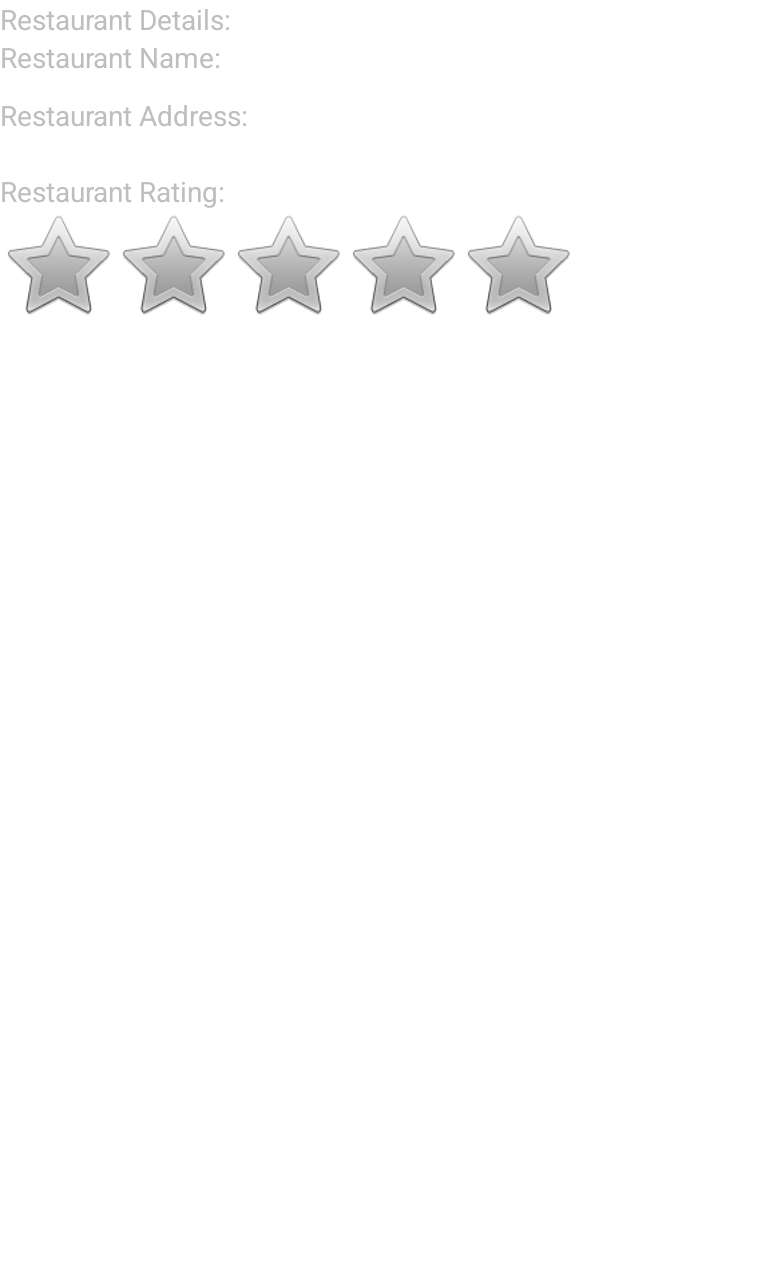
Repository: Mihir-Webonise/AllAndroidAssignments
Layout: ZomatoAssignment/res/layout/restaurantdetails.xml
These files come from the project's save history. The layout is drawn as it stood at one moment and after the next save; the edit follows.
It is drawn on a 768 x 1280 px phone screen (xhdpi) without system bars, with theme android:Theme; the app's code is not run.

Above is the layout before, as saved 2012-06-26 05:20:53.

### ZomatoAssignment/res/layout/restaurantdetails.xml
<?xml version="1.0" encoding="utf-8"?>
<LinearLayout xmlns:android="http://schemas.android.com/apk/res/android"
    android:layout_width="match_parent"
    android:layout_height="match_parent"
    android:background="@android:color/white"
    android:color="#ffff0000"
    android:orientation="vertical" >

    <TextView
        android:id="@+id/textViewRestaurantDetailslbl"
        android:layout_width="wrap_content"
        android:layout_height="wrap_content"
        android:text="Restaurant Details: " />

    <LinearLayout
        android:layout_width="fill_parent"
        android:layout_height="wrap_content"
        android:orientation="horizontal" >

        <TextView
            android:id="@+id/textViewRestaurantNamelbl"
            android:layout_width="wrap_content"
            android:layout_height="wrap_content"
            android:text="Restaurant Name: " />

        <TextView
            android:id="@+id/textViewRestaurantNamevalue"
            android:layout_width="wrap_content"
            android:layout_height="wrap_content"
            android:text="" />
    </LinearLayout>

    <TextView
        android:id="@+id/textViewRestaurantAddresslbl"
        android:layout_width="wrap_content"
        android:layout_height="wrap_content"
        android:layout_marginTop="10dp"
        android:text="Restaurant Address: " />

    <TextView
        android:id="@+id/textViewRestaurantAddressvalue"
        android:layout_width="wrap_content"
        android:layout_height="wrap_content"
        android:text="" />

    <LinearLayout
        android:layout_width="fill_parent"
        android:layout_height="wrap_content"
        android:orientation="horizontal" >

        <TextView
            android:id="@+id/textViewRestaurantRatinglbl"
            android:layout_width="wrap_content"
            android:layout_height="wrap_content"
            android:text="Restaurant Rating: " />

        <TextView
            android:id="@+id/textViewRestaurantRatingvalue"
            android:layout_width="wrap_content"
            android:layout_height="wrap_content"
            android:text="" />
    </LinearLayout>

    <RatingBar
        android:id="@+id/restaurantRatingBar"
        android:layout_width="wrap_content"
        android:layout_height="wrap_content"
        android:numStars="5"
        android:stepSize="1.0" />

</LinearLayout>

After the next save:
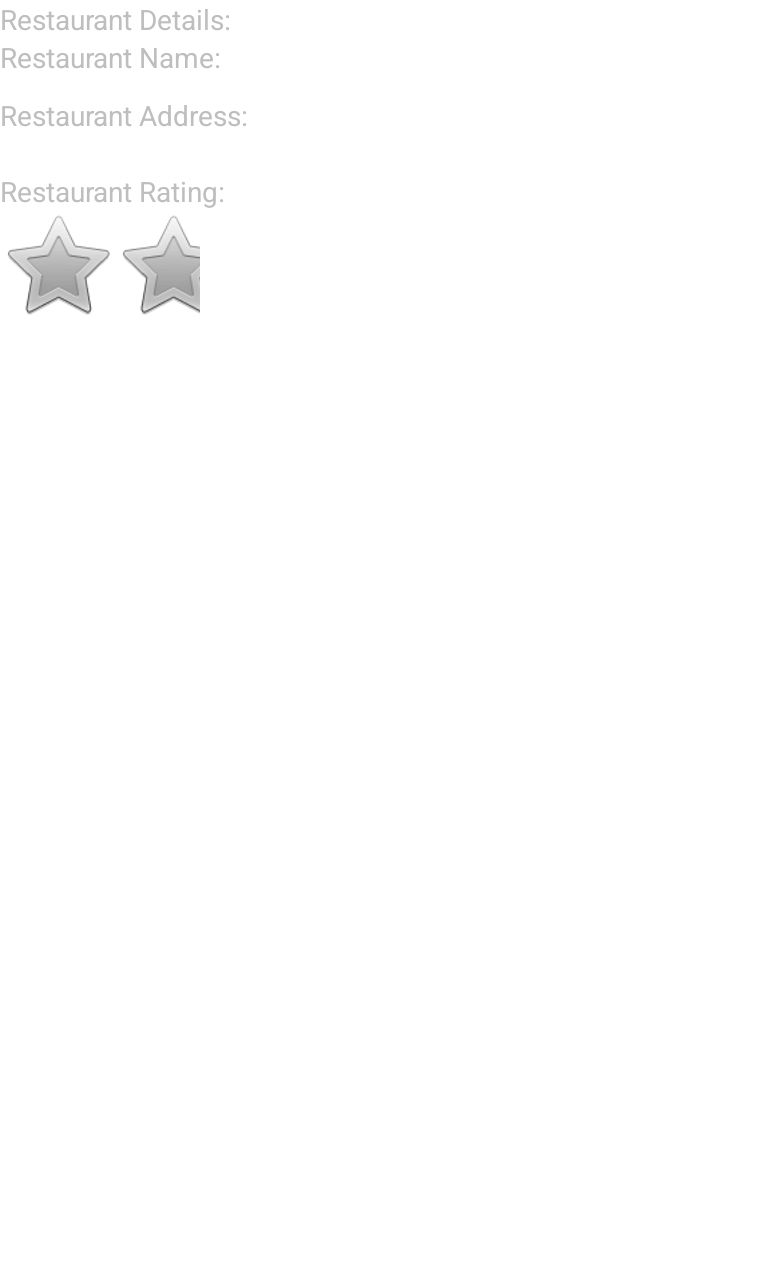
Saved 7 min 12 s later.
--- a/ZomatoAssignment/res/layout/restaurantdetails.xml
+++ b/ZomatoAssignment/res/layout/restaurantdetails.xml
@@ -63,7 +63,7 @@
 
     <RatingBar
         android:id="@+id/restaurantRatingBar"
-        android:layout_width="wrap_content"
+        android:layout_width="100dp"
         android:layout_height="wrap_content"
         android:numStars="5"
         android:stepSize="1.0" />

After the save that followed:
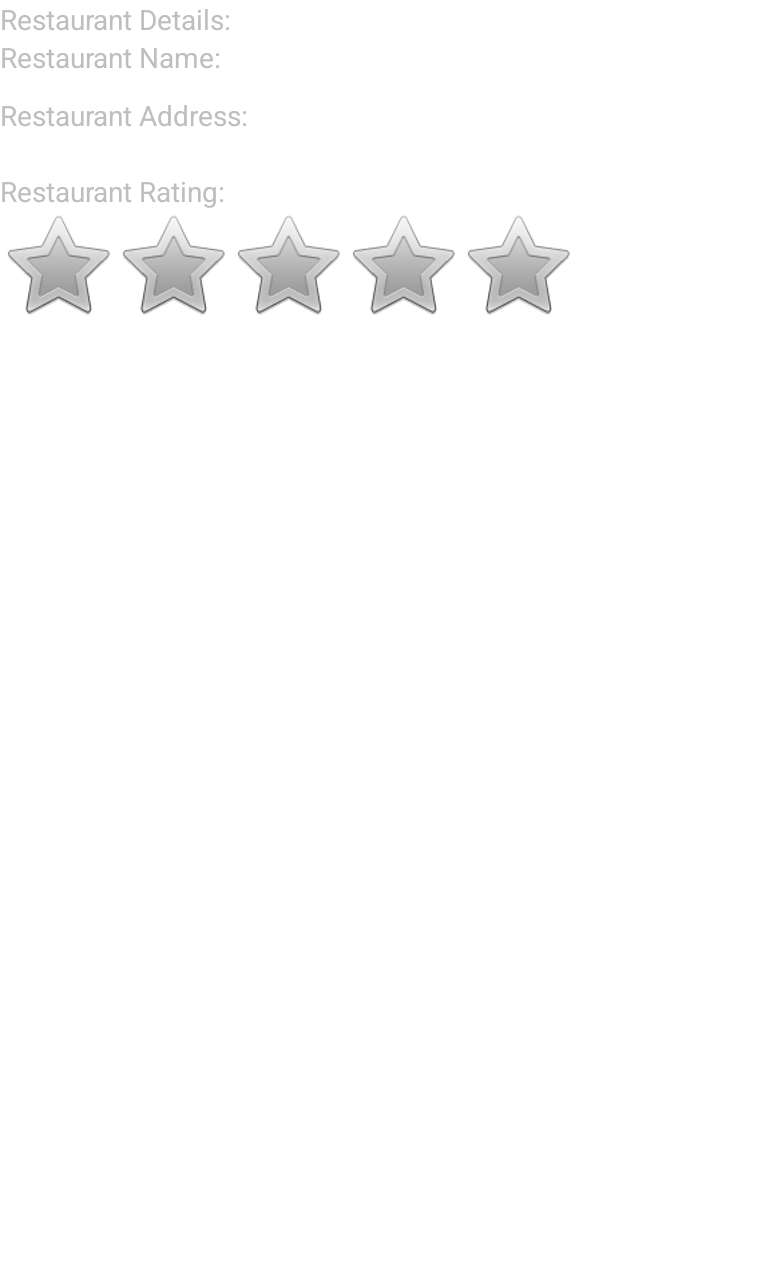
Saved 14 s later.
--- a/ZomatoAssignment/res/layout/restaurantdetails.xml
+++ b/ZomatoAssignment/res/layout/restaurantdetails.xml
@@ -63,7 +63,7 @@
 
     <RatingBar
         android:id="@+id/restaurantRatingBar"
-        android:layout_width="100dp"
+        android:layout_width="wrap_content"
         android:layout_height="wrap_content"
         android:numStars="5"
         android:stepSize="1.0" />
